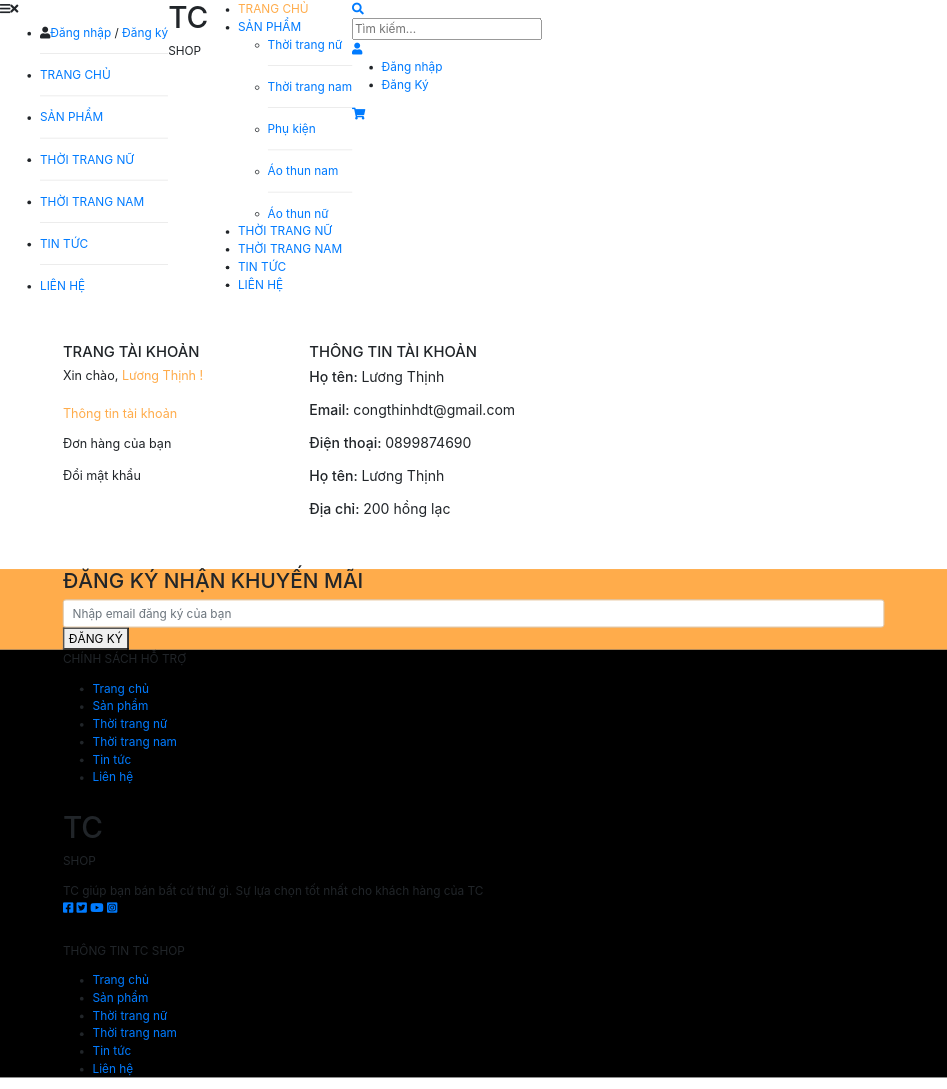
Repository: congthinh1701/TCshop
Page: ThongTinTaiKhoan.html
These files come from the project's save history. The page is drawn as it stood at one moment and after the next save; the edit follows.
The browser window is 1280 px wide. The pictures show the whole page, at 74% of full size.
The style sheet was rebuilt from its Sass, Less or Tailwind sources for each picture, by a compiler version that may differ from the author's.

Above is the page before, as saved 2021-09-08 17:42:39.

### ThongTinTaiKhoan.html
<!DOCTYPE html>
<html lang="en">
<head>
    <meta charset="UTF-8">
    <meta http-equiv="X-UA-Compatible" content="IE=edge">
    <meta name="viewport" content="width=device-width, initial-scale=1.0">
    <title>Document</title>
    <link rel="stylesheet" href="fontawesome-free-5.15.4-web/css/all.css">
    <link rel="stylesheet" href="sass/style.css">
</head>
<body>
    <div id="headerID"> <!-- your header --> </div>
    <div class="container admin">
        <div class="trang-tai-khoan">
            <h5>TRANG TÀI KHOẢN</h5>
            <div class="trang-tai-khoan-hello left ">
                <p>Xin chào, <span>Lương Thịnh !</span></p>
            </div>
            <div class="trang-tai-khoan-thong-tin left active">
                <p>Thông tin tài khoản</p>
            </div>
            <div class="trang-tai-khoan-hello left">
                <p>Đơn hàng của bạn</p>
            </div>
            <div class="trang-tai-khoan-hello left">
                <p>Đổi mật khẩu</p>
            </div>
        </div>
        <div class="thong-tin-tai-khoan">
            <h5>THÔNG TIN TÀI KHOẢN</h5>
            <div class="thong-tin-tai-khoan-name">
                <p><span>Họ tên: </span>Lương Thịnh</p>
                <p><span>Email: </span>congthinhdt@gmail.com</p>
                <p><span>Điện thoại: </span>0899874690</p>
                <p><span>Họ tên: </span>Lương Thịnh</p>
                <p><span>Địa chỉ: </span>200 hồng lạc</p>
            </div>
        </div>
    </div>
    <div id="footerID"> <!-- your header --> </div>
    <script src="https://cdnjs.cloudflare.com/ajax/libs/jquery/3.6.0/jquery.min.js" integrity="sha512-894YE6QWD5I59HgZOGReFYm4dnWc1Qt5NtvYSaNcOP+u1T9qYdvdihz0PPSiiqn/+/3e7Jo4EaG7TubfWGUrMQ==" crossorigin="anonymous" referrerpolicy="no-referrer"></script>
    <script>
        $("#headerID").load("header.html");
        $("#footerID").load("footer.html");
    </script>

</body>
</html>

### header.html
<!DOCTYPE html>
<html lang="en">
<head>
    <meta charset="UTF-8">
    <meta http-equiv="X-UA-Compatible" content="IE=edge">
    <meta name="viewport" content="width=device-width, initial-scale=1.0">
    <title>Document</title>
    <link rel="stylesheet" href="assets/css/style.css">
    <link rel="stylesheet" href="assets/css/base.css">
    <link rel="stylesheet" href="fontawesome-free-5.15.4-web/css/all.css">
    <link rel="stylesheet" href="https://maxcdn.bootstrapcdn.com/bootstrap/4.1.3/css/bootstrap.min.css">
    <script src="https://maxcdn.bootstrapcdn.com/bootstrap/4.1.3/js/bootstrap.min.js"></script>
</head>
<body>
    <div class="container-lg">
        <div class="nav">
            <label for="nav-mobile-input" class="nav_bars-btn">
                <i class="fas fa-bars"></i>
            </label>

            <input hidden type="checkbox" name="" class="nav_input" id="nav-mobile-input">
            <label for="nav-mobile-input" class="nav_overlay"></label>
            <nav class="nav-mobile">
                <label for="nav-mobile-input" class="nav__mobile-close">
                    <i class="fas fa-times"></i>
                </label>
                <ul class="nav__mobile-list">

                    <li class="nav__mobile-list-user">

                        <p><i class="fas fa-user"></i><a href="#">Đăng nhập</a> <span>/</span> <a href="#">Đăng ký</a>
                        </p>
                    </li>
                    <hr>
                    <li>
                        <a href="" class="nav__mobile-link">TRANG CHỦ</a>
                    </li>
                    <hr>
                    <li>
                        <a href="" class="nav__mobile-link">SẢN PHẨM</a>
                    </li>
                    <hr>
                    <li>
                        <a href="" class="nav__mobile-link">THỜI TRANG NỮ</a>
                    </li>
                    <hr>
                    <li>
                        <a href="" class="nav__mobile-link">THỜI TRANG NAM</a>
                    </li>
                    <hr>
                    <li>
                        <a href="" class="nav__mobile-link">TIN TỨC</a>
                    </li>
                    <hr>
                    <li>
                        <a href="" class="nav__mobile-link">LIÊN HỆ</a>
                    </li>
                </ul>
            </nav>
            <div class="nav-logo">
                <h1>TC</h1>
                <p>SHOP</p>
            </div>
            <nav class="nav-pc">
                <ul class="nav__list">
                    <li>
                        <a style="color:#ffac4b" href="home.html" class="nav__link">TRANG CHỦ</a>
                    </li>
                    <li class="options">
                        <a href="" class="nav__link">SẢN PHẨM</a>
                        <div class="nav__link-options">
                            <ul class="nav__link-options-list">
                                <li><a href="#">Thời trang nữ</a></li>
                                <hr>
                                <li><a href="#">Thời trang nam</a></li>
                                <hr>
                                <li><a href="#">Phụ kiện</a></li>
                                <hr>
                                <li><a href="#">Áo thun nam</a></li>
                                <hr>
                                <li><a href="#">Áo thun nữ</a></li>
                            </ul>
                        </div>
                    </li>
                    <li>
                        <a href="" class="nav__link">THỜI TRANG NỮ</a>
                    </li>
                    <li>
                        <a href="" class="nav__link">THỜI TRANG NAM</a>
                    </li>
                    <li>
                        <a href="" class="nav__link">TIN TỨC</a>
                    </li>
                    <li>
                        <a href="" class="nav__link">LIÊN HỆ</a>
                    </li>
                </ul>
            </nav>
            <div class="nav-right">
                <div class="search">
                    <a href="#"><i class="fas fa-search"></i></a>
                    <div class="search-hover">
                        <form>
                            <input class="search" type="text" name="search" placeholder="Tìm kiếm..." />
                        </form>
                    </div>
                </div>
                <div class="user">
                    <a href="#"> <i class="fas fa-user"></i></a>
                    <div class="user-hover">
                        <ul class="user-hover-list">
                            <li class="nav_link"><a href="#">Đăng nhập</a></li>
                            <li><a href="#">Đăng Ký</a></li>
                        </ul>
                    </div>
                </div>
                <div class="shopping">
                    <a href="card.html"><i class="fas fa-shopping-cart"></i></a>

                </div>
            </div>


        </div>
    </div>
</body>
</html>

### footer.html
<!DOCTYPE html>
<html lang="en">
<head>
    <meta charset="UTF-8">
    <meta http-equiv="X-UA-Compatible" content="IE=edge">
    <meta name="viewport" content="width=device-width, initial-scale=1.0">
    <title>Document</title>
    <link rel="stylesheet" href="assets/css/style.css">
    <link rel="stylesheet" href="assets/css/base.css">
    <link rel="stylesheet" href="fontawesome-free-5.15.4-web/css/all.css">
    <link rel="stylesheet" href="https://maxcdn.bootstrapcdn.com/bootstrap/4.1.3/css/bootstrap.min.css">
    <script src="https://maxcdn.bootstrapcdn.com/bootstrap/4.1.3/js/bootstrap.min.js"></script>
</head>
<body>
    <div class="container-lg" style="background-color: #ffac4b; margin-top: 50px;">
        <div class="container dangky">
            <div class="dangky-left">
                <h3>ĐĂNG KÝ NHẬN KHUYẾN MÃI</h3>
            </div>
            <div class="dangky-right">
                <form>
                    <input class="form-control" type="text" placeholder="Nhập email đăng ký của bạn">
                    <button type="button">ĐĂNG KÝ</button>
                </form>
            </div>
        </div>
    </div>

    <div class="container-lg" style="background-color: black">
        <div class="container footer">
            <div class="chinhsach-hotro">
                <p class="header">CHÍNH SÁCH HỖ TRỢ</p>
                <ul class="nav-list">
                    <li class="nav_link"><a href="#">Trang chủ</a></li>
                    <li class="nav_link"><a href="#">Sản phẩm</a></li>
                    <li class="nav_link"><a href="#">Thời trang nữ</a></li>
                    <li class="nav_link"><a href="#">Thời trang nam</a></li>
                    <li class="nav_link"><a href="#">Tin tức</a></li>
                    <li class="nav_link"><a href="#">Liên hệ</a></li>
                </ul>
            </div>
            <hr>
            <div class="ketnoi-shop">
                <h1>TC</h1>
                <p>SHOP</p>
                <span>TC giúp bạn bán bất cứ thứ gì. Sự lựa chọn tốt nhất cho khách hàng của TC</span>
                <div class="mangxahoi">
                    <a href="#"><i class="fab fa-facebook-square"></i></a>
                    <a href="#"><i class="fab fa-twitter-square"></i></a>
                    <a href="#"><i class="fab fa-youtube"></i></a>
                    <a href="#"><i class="fab fa-instagram-square"></i></a>
                </div>
            </div>
            <hr>
            <div class="thongtin-shop">
                <p class="header">THÔNG TIN TC SHOP</p>
                <ul class="nav-list">
                    <li class="nav_link"><a href="#">Trang chủ</a></li>
                    <li class="nav_link"><a href="#">Sản phẩm</a></li>
                    <li class="nav_link"><a href="#">Thời trang nữ</a></li>
                    <li class="nav_link"><a href="#">Thời trang nam</a></li>
                    <li class="nav_link"><a href="#">Tin tức</a></li>
                    <li class="nav_link"><a href="#">Liên hệ</a></li>
                </ul>
            </div>
        </div>
    </div>
</body>
</html>

### assets/css/base.css
:root{
    --primary-color:#EE4D2D;
    --primary-color-rgba:rgb(238,75,43);
    --white-color:#fff;
    --black-color:#000;
    --text-color:#333333;
    --font-weight:700;
    --font-size-product:19px;
    --font-weight-product:400;
    --font-size-price:18px;
    --header-height:120px;
    --navbar-height:34px;
    --header-with-search-height:calc(var(var(--header-height)-var(var(--navbar-height))))

}

### sass/style.scss

$text-fontSize:17px;
$text-fontSizeTK:19px;
$fontWeight:500;

.admin{
    display:flex;
    --columns:2;
    margin-top: 50px;
    @media (max-width: 923px) {
        --columns:1;
        display:unset;
        margin-top: 40px;
        .trang-tai-khoan{
            width: calc(100% / var(--columns));
            margin: 50px;
        }
        .thong-tin-tai-khoan{
            width: calc(100% / var(--columns));
            margin: 50px;
        }
    }
    @media (max-width: 623px) {
        .trang-tai-khoan{
            width: calc(100% / var(--columns));
            margin: 10px 0 0 10px;
            h5{
                font-size: 90%;
            }
            p{
                font-size: 15px;
            }
            &-thong-tin{
                margin-top:15px
            }
        }
        .thong-tin-tai-khoan{
            width: calc(100% / var(--columns));
            margin:20px 0 -20px 10px;
            h5{
                font-size: 90%;
            }
            p{
                font-size: 16px;
            }
        }

    }
}
.trang-tai-khoan{
    width: calc(100% / var(--columns) - 20%);
    p{
        font-size: $text-fontSize;
        &:hover{
            color: #ffac4b;
        }
        span{
            color: #ffac4b;
        }
    }
    &-thong-tin{
        margin-top:25px
    }
    .active {
        color: #ffac4b;
    }
}
.thong-tin-tai-khoan{
    width: calc(100% / var(--columns) + 20%);
    p{
        font-size: $text-fontSizeTK;
        span{
            font-weight: $fontWeight;
        }
    }
}

### assets/js/thongtintaikhoan.js
function tabs(){
    const all=document.querySelectorAll.bind(document)
    const panes=all('.tab-pane')
    const allTtem=document.querySelectorAll('.tab-item')
allTtem.forEach(function(tab,index){
    const pane=panes[index]
    tab.onclick=function(){
        tab.parentElement.querySelector('.tab-item.active').classList.remove('active')
        pane.parentElement.querySelector('.tab-pane.active').classList.remove('active')
        tab.classList.add('active')
        pane.classList.add('active')
    }
})
}
tabs()

Loaded but not shown: fontawesome-free-5.15.4-web/css/all.css (library)

After the next save:
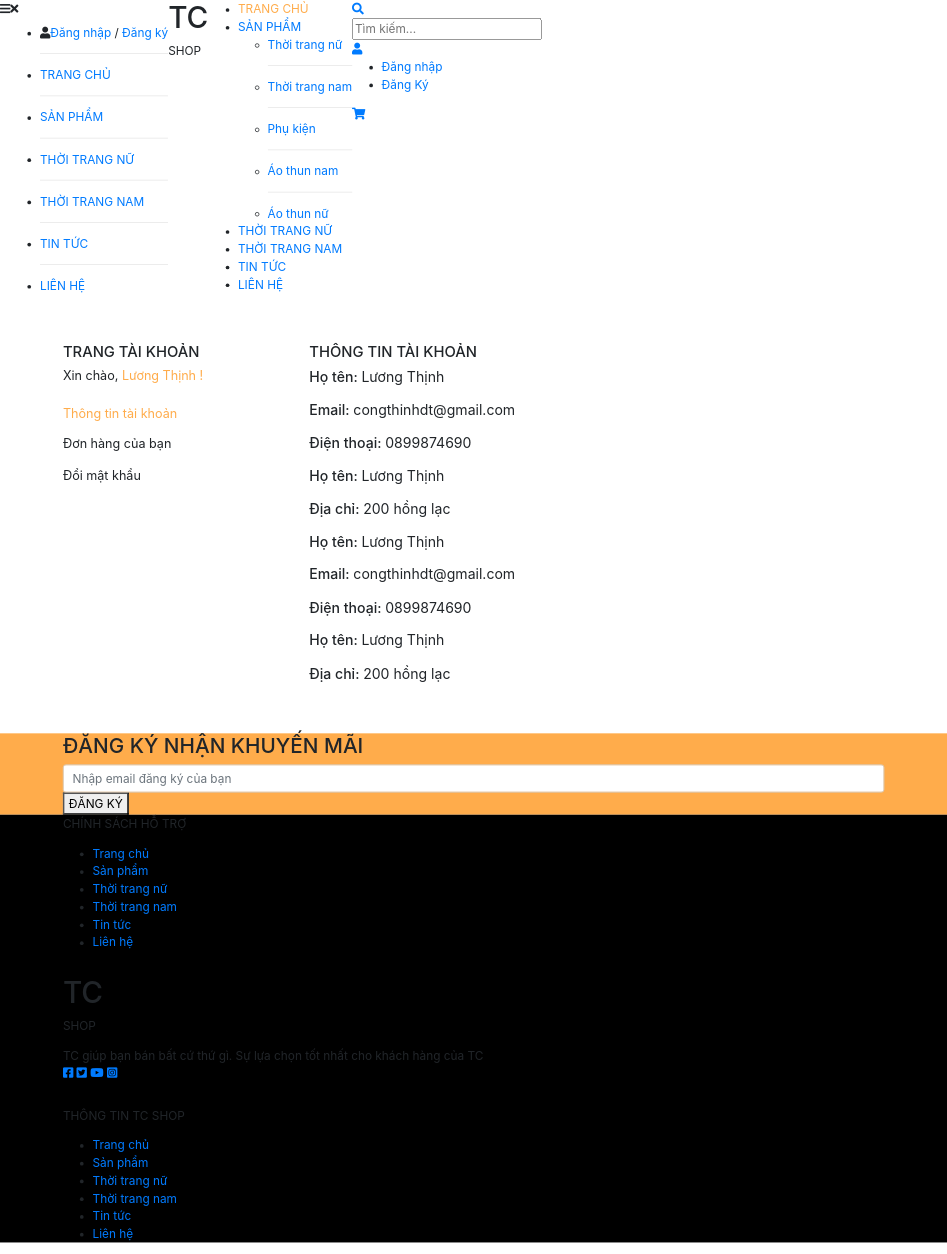
Saved 4 min 9 s later.
--- a/ThongTinTaiKhoan.html
+++ b/ThongTinTaiKhoan.html
@@ -28,7 +28,14 @@
         </div>
         <div class="thong-tin-tai-khoan">
             <h5>THÔNG TIN TÀI KHOẢN</h5>
-            <div class="thong-tin-tai-khoan-name">
+            <div class="thong-tin-tai-khoan-name right active">
+                <p><span>Họ tên: </span>Lương Thịnh</p>
+                <p><span>Email: </span>congthinhdt@gmail.com</p>
+                <p><span>Điện thoại: </span>0899874690</p>
+                <p><span>Họ tên: </span>Lương Thịnh</p>
+                <p><span>Địa chỉ: </span>200 hồng lạc</p>
+            </div>
+            <div class="thong-tin-tai-khoan-name right">
                 <p><span>Họ tên: </span>Lương Thịnh</p>
                 <p><span>Email: </span>congthinhdt@gmail.com</p>
                 <p><span>Điện thoại: </span>0899874690</p>
--- a/sass/style.scss
+++ b/sass/style.scss
@@ -73,4 +73,10 @@
             font-weight: $fontWeight;
         }
     }
+    &-right{
+        display: none;
+    }
+    &-right.active{
+        display: block;
+    }
 }
--- a/assets/js/thongtintaikhoan.js
+++ b/assets/js/thongtintaikhoan.js
@@ -1,12 +1,12 @@
 function tabs(){
     const all=document.querySelectorAll.bind(document)
-    const panes=all('.tab-pane')
-    const allTtem=document.querySelectorAll('.tab-item')
+    const panes=all('.right')
+    const allTtem=document.querySelectorAll('.left')
 allTtem.forEach(function(tab,index){
     const pane=panes[index]
     tab.onclick=function(){
-        tab.parentElement.querySelector('.tab-item.active').classList.remove('active')
-        pane.parentElement.querySelector('.tab-pane.active').classList.remove('active')
+        tab.parentElement.querySelector('.left.active').classList.remove('active')
+        pane.parentElement.querySelector('.right.active').classList.remove('active')
         tab.classList.add('active')
         pane.classList.add('active')
     }

After the 2 saves that followed:
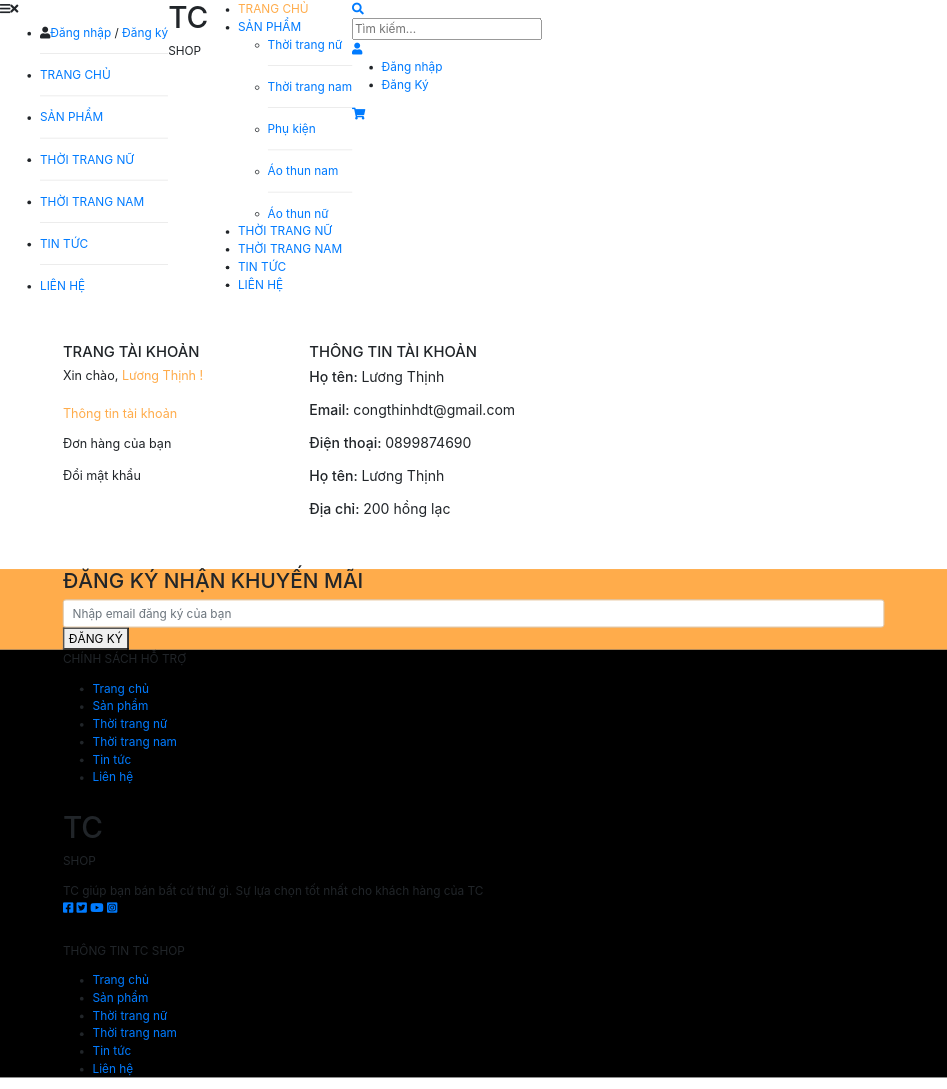
The 2 saves are shown as one change because 1 left the picture as it was.
The last was saved 2 min 2 s later.
--- a/ThongTinTaiKhoan.html
+++ b/ThongTinTaiKhoan.html
@@ -46,6 +46,7 @@
     </div>
     <div id="footerID"> <!-- your header --> </div>
     <script src="https://cdnjs.cloudflare.com/ajax/libs/jquery/3.6.0/jquery.min.js" integrity="sha512-894YE6QWD5I59HgZOGReFYm4dnWc1Qt5NtvYSaNcOP+u1T9qYdvdihz0PPSiiqn/+/3e7Jo4EaG7TubfWGUrMQ==" crossorigin="anonymous" referrerpolicy="no-referrer"></script>
+    <script src="assets/js/thongtintaikhoan.js"></script>
     <script>
         $("#headerID").load("header.html");
         $("#footerID").load("footer.html");
--- a/sass/style.scss
+++ b/sass/style.scss
@@ -73,10 +73,10 @@
             font-weight: $fontWeight;
         }
     }
-    &-right{
+    .right{
         display: none;
     }
-    &-right.active{
+    .right.active{
         display: block;
     }
 }
